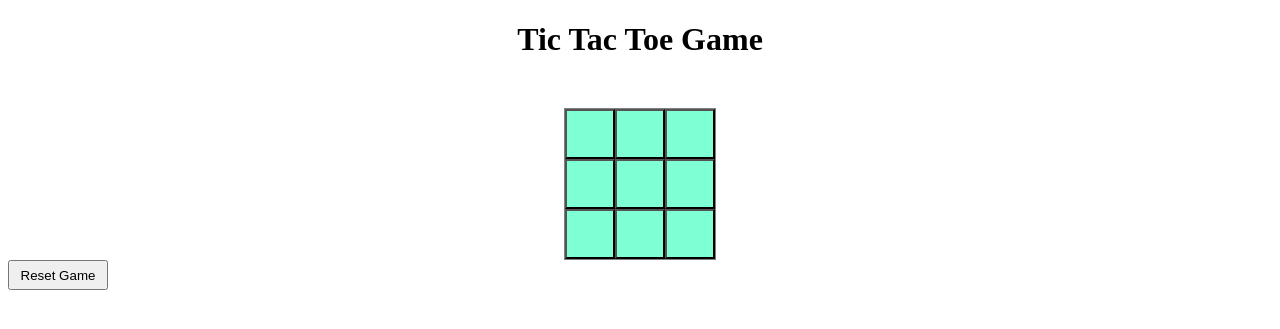
Repository: Wahid137/tic-tac-toe-game
Page: /
An editor plug-in stored every save of this project. The page is shown before and after the next save, followed by the edit.
The browser window is 1280 px wide. The pictures show the whole page.
The project was rebuilt for these pictures with package versions that can differ from the ones it lists, and the page was loaded fresh each time. Also part of the build but not shown: vite.config.js, src/index.css.

Above is the page before, as saved 2023-09-18 01:43:16.

After the next save:
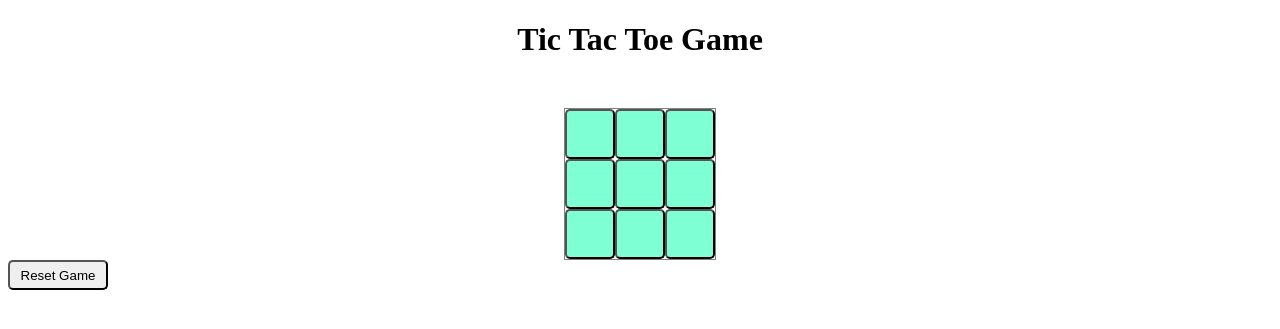
Saved 9 s later.
--- a/src/App.css
+++ b/src/App.css
@@ -24,4 +24,5 @@ h1{
 button{
   width: 100px;
   height: 30px;
+  border-radius: 5px;
 }
